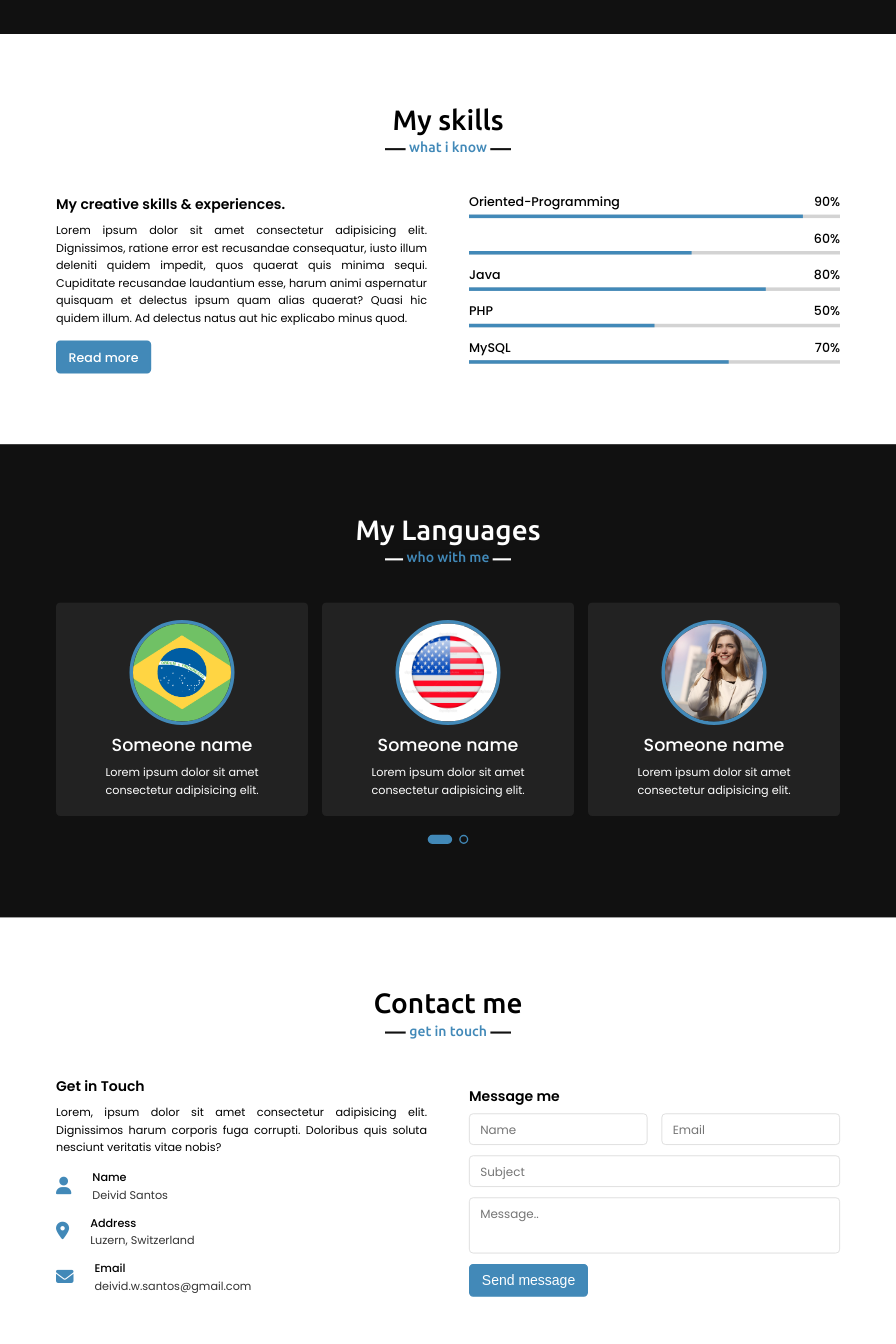
Repository: deividwsantoss/portfolio
Page: index.html
An editor plug-in stored every save of this project. The page is shown before and after the next save, followed by the edit.
The browser window is 1280 px wide. The pictures show the part of the page from y = 2051 to 3971 px (the page is 4073 px tall), at 70% of full size.
Some web libraries are served in a nearby version.

Above is the page before, as saved 2021-03-02 09:06:03.

### index.html
<!DOCTYPE html>
<html lang="en">
    <head>
        <meta charset="UTF-8">
        <meta name="viewport" content="width=device-width, initial-scale=1.0">
       <title>Deivid Santos Portfolio</title>
        <link rel="stylesheet" href="/Content/style.css">
        <script src="https://kit.fontawesome.com/a076d05399.js"></script>
        <script  src="https://code.jquery.com/jquery-3.5.1.min.js"></script>
        <script src="https://cdnjs.cloudflare.com/ajax/libs/typed.js/2.0.11/typed.min.js"></script>
        <script src="https://cdnjs.cloudflare.com/ajax/libs/waypoints/4.0.1/jquery.waypoints.min.js"></script>
        <script src="https://cdnjs.cloudflare.com/ajax/libs/OwlCarousel2/2.3.4/owl.carousel.min.js"></script>
        <link rel="stylesheet" href="https://cdnjs.cloudflare.com/ajax/libs/OwlCarousel2/2.3.4/assets/owl.carousel.min.css"/>
    </head>
<body>
    <nav class="navbar">
        <div class="max-width">
            <div class="logo"><a href="#">Portifo<span>lio.</span></a></div>
            <ul class="menu">
                <li><a href="#home" class="menu-btn">Home</a></li>
                <li><a href="#about" class="menu-btn">About</a></li>
                <li><a href="#services" class="menu-btn">Services</a></li>
                <li><a href="#skills" class="menu-btn">Skills</a></li>
                <li><a href="#teams" class="menu-btn">Teams</a></li>
                <li><a href="#contact" class="menu-btn">Contact</a></li>
            </ul>
            <div class="menu-btn">
                <i class="fas fa-bars"></i>
            </div>
        </div>
    </nav>

    <!-- Home Section Start -->
    <section class="home" id="home">
        <div class="max-width">
            <div class="home-content">
                <div class="text-1">Hello, my name is </div>
                <div class="text-2">Deivid Santos</div>
                <div class="text-3">And I'm a  <span class="typing"></span></div>
            </div>
        </div>
    </section>
<!-- about section start -->
<section class="about" id="about">
    <div class="max-width">
        <h2 class="title">About me</h2>
        <div class="about-content">
            <div class="column left">
                <img src="images/profile-1.jpeg" alt="">
            </div>
            <div class="column right">
                <div class="text">I'm Deivid and I'm a <span class="typing-2"></span></div>
                <p>Lorem ipsum dolor sit amet consectetur adipisicing elit. Quasi ut voluptatum eveniet doloremque autem excepturi eaque, sit laboriosam voluptatem nisi delectus. Facere explicabo hic minus accusamus alias fuga nihil dolorum quae. Explicabo illo unde, odio consequatur ipsam possimus veritatis, placeat, ab molestiae velit inventore exercitationem consequuntur blanditiis omnis beatae. Dolor iste excepturi ratione soluta quas culpa voluptatum repudiandae harum non.</p>
                <a href="#">Download CV</a>
            </div>
        </div>
    </div>
</section>
  <!-- services section start -->
  <section class="services" id="services">
    <div class="max-width">
        <h2 class="title">My services</h2>
        <div class="serv-content">
            <div class="card">
                <div class="box">
                    <i class="fas fa-paint-brush"></i>
                    <div class="text">Software Development</div>
                    <p>With good knowledge in Oriented-Object Programing, solutions-oriented professional, I am passionate about all the Software Development Life Cycle, from extensive analysis and design though execution and maintenance. </p>
                </div>
            </div>
            <div class="card">
                <div class="box">
                    <i class="fas fa-chart-line"></i>
                    <div class="text">Test Engineer</div>
                    <p>Experienced with software testing and quality assurance, with excellent analytical and diversified experience in manual and automated testing of web-based and client/server application.  </p>
                </div>
            </div>
            <div class="card">
                <div class="box">
                    <i class="fas fa-code"></i>
                    <div class="text">Software Engineer</div>
                    <p>Seasoned, foward-looking, with +4 years' background in creating and executing innovative software solutions to enhance business productivity.</p>
                </div>
            </div>
           </div>
        </div>
    </div>
</section>

<!-- skills section start -->
<section class="skills" id="skills">
    <div class="max-width">
        <h2 class="title">My skills</h2>
        <div class="skills-content">
            <div class="column left">
                <div class="text">My creative skills & experiences.</div>
                <p>Lorem ipsum dolor sit amet consectetur adipisicing elit. Dignissimos, ratione error est recusandae consequatur, iusto illum deleniti quidem impedit, quos quaerat quis minima sequi. Cupiditate recusandae laudantium esse, harum animi aspernatur quisquam et delectus ipsum quam alias quaerat? Quasi hic quidem illum. Ad delectus natus aut hic explicabo minus quod.</p>
                <a href="#">Read more</a>
            </div>
            <div class="column right">
                <div class="bars">
                    <div class="info">
                        <span>Oriented-Programming</span>
                        <span>90%</span>
                    </div>
                    <div class="line html"></div>
                </div>
                <div class="bars">
                    <div class="info">
                        <span></span>
                        <span>60%</span>
                    </div>
                    <div class="line css"></div>
                </div>
                <div class="bars">
                    <div class="info">
                        <span>Java</span>
                        <span>80%</span>
                    </div>
                    <div class="line js"></div>
                </div>
                <div class="bars">
                    <div class="info">
                        <span>PHP</span>
                        <span>50%</span>
                    </div>
                    <div class="line php"></div>
                </div>
                <div class="bars">
                    <div class="info">
                        <span>MySQL</span>
                        <span>70%</span>
                    </div>
                    <div class="line mysql"></div>
                </div>
            </div>
        </div>
    </div>
</section>

<!-- speaking section start -->
<section class="teams" id="teams">
    <div class="max-width">
        <h2 class="title">My Languages</h2>
        <div class="carousel owl-carousel">
            <div class="card">
                <div class="box">
                    <img src="images/brazil.jpg" alt="">
                    <div class="text">Someone name</div>
                    <p>Lorem ipsum dolor sit amet consectetur adipisicing elit.</p>
                </div>
            </div>
            <div class="card">
                <div class="box">
                    <img src="images/usa.jpg" alt="">
                    <div class="text">Someone name</div>
                    <p>Lorem ipsum dolor sit amet consectetur adipisicing elit.</p>
                </div>
            </div>
            <div class="card">
                <div class="box">
                    <img src="images/profile-3.jpeg" alt="">
                    <div class="text">Someone name</div>
                    <p>Lorem ipsum dolor sit amet consectetur adipisicing elit.</p>
                </div>
            </div>
            <div class="card">
                <div class="box">
                    <img src="images/profile-4.jpeg" alt="">
                    <div class="text">Someone name</div>
                    <p>Lorem ipsum dolor sit amet consectetur adipisicing elit.</p>
                </div>
            </div>
            <div class="card">
                <div class="box">
                    <img src="images/profile-5.jpeg" alt="">
                    <div class="text">Someone name</div>
                    <p>Lorem ipsum dolor sit amet consectetur adipisicing elit.</p>
                </div>
            </div>
        </div>
    </div>
</section>

<!-- contact section start -->
<section class="contact" id="contact">
    <div class="max-width">
        <h2 class="title">Contact me</h2>
        <div class="contact-content">
            <div class="column left">
                <div class="text">Get in Touch</div>
                <p>Lorem, ipsum dolor sit amet consectetur adipisicing elit. Dignissimos harum corporis fuga corrupti. Doloribus quis soluta nesciunt veritatis vitae nobis?</p>
                <div class="icons">
                    <div class="row">
                        <i class="fas fa-user"></i>
                        <div class="info">
                            <div class="head">Name</div>
                            <div class="sub-title">Deivid Santos</div>
                        </div>
                    </div>
                    <div class="row">
                        <i class="fas fa-map-marker-alt"></i>
                        <div class="info">
                            <div class="head">Address</div>
                            <div class="sub-title">Luzern, Switzerland</div>
                        </div>
                    </div>
                    <div class="row">
                        <i class="fas fa-envelope"></i>
                        <div class="info">
                            <div class="head">Email</div>
                            <div class="sub-title">deivid.w.santos@gmail.com</div>
                        </div>
                    </div>
                </div>
            </div>
            <div class="column right">
                <div class="text">Message me</div>
                <form action="#">
                    <div class="fields">
                        <div class="field name">
                            <input type="text" placeholder="Name" required>
                        </div>
                        <div class="field email">
                            <input type="email" placeholder="Email" required>
                        </div>
                    </div>
                    <div class="field">
                        <input type="text" placeholder="Subject" required>
                    </div>
                    <div class="field textarea">
                        <textarea cols="30" rows="10" placeholder="Message.." required></textarea>
                    </div>
                    <div class="button">
                        <button type="submit">Send message</button>
                    </div>
                </form>
            </div>
        </div>
    </div>
</section>

<!-- footer section start -->
<footer>
    <span>Created By Deivid Santos | <span class="far fa-copyright"></span> 2021 All rights reserved.</span>
</footer>

<script src="script.js"></script>
</body>
</html>
    <script src="/Scripts/script.js" type="text/javascript"></script>
</body>
</html>

Loaded but not shown: Scripts/script.js (72 lines, source omitted); Content/style.css (673 lines, source omitted)

After the next save:
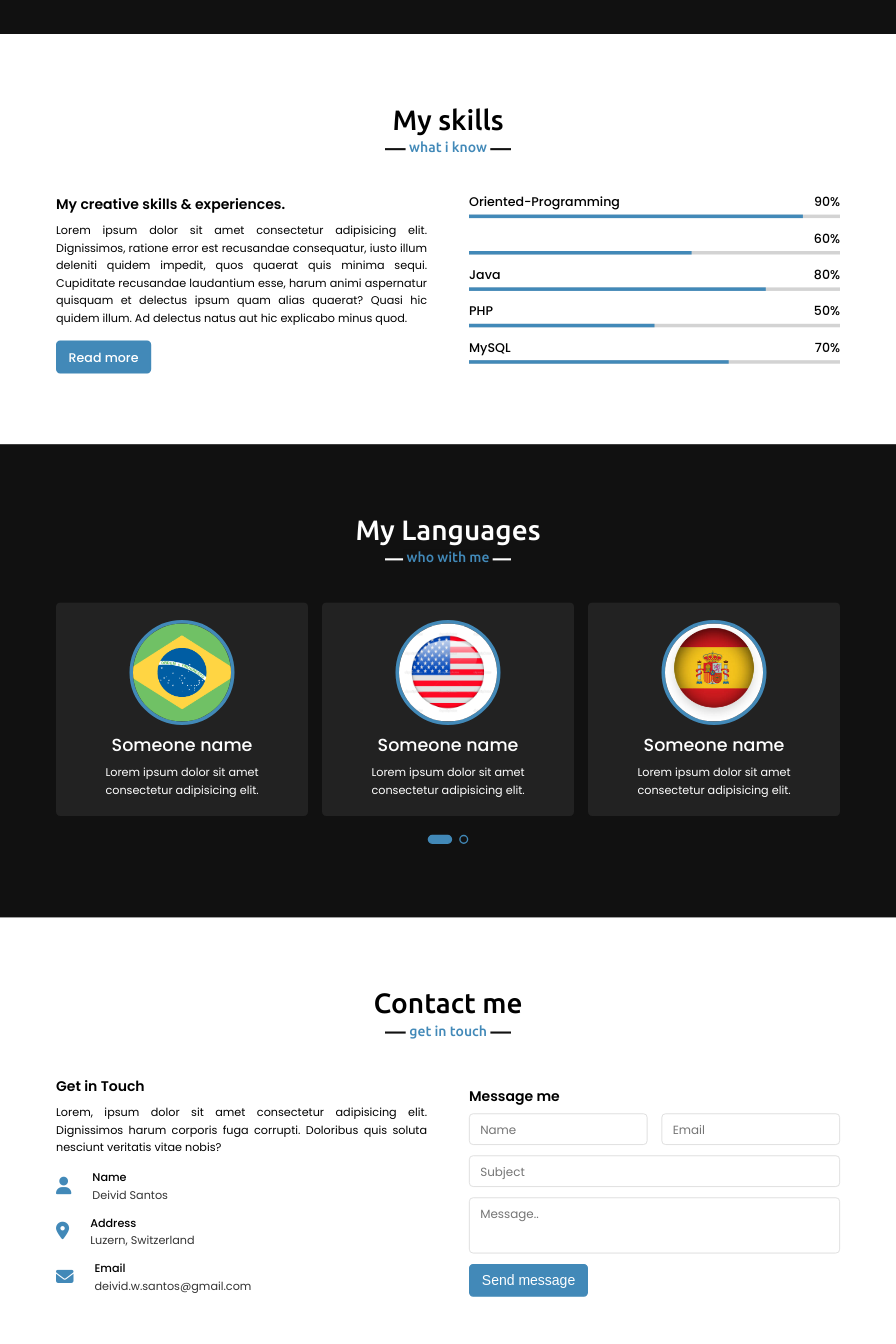
Saved 23 s later.
--- a/index.html
+++ b/index.html
@@ -159,7 +159,7 @@
             </div>
             <div class="card">
                 <div class="box">
-                    <img src="images/profile-3.jpeg" alt="">
+                    <img src="images/spain-flag-button-round.jpeg" alt="">
                     <div class="text">Someone name</div>
                     <p>Lorem ipsum dolor sit amet consectetur adipisicing elit.</p>
                 </div>
